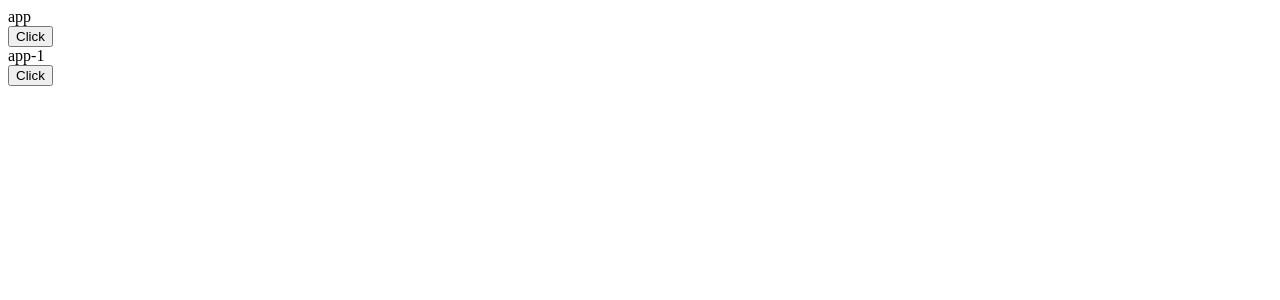
Repository: RyuGeunHwan/code_J
Page: Vuejs/22-08-10 vuejs Vue컴포넌트.html
An editor plug-in stored every save of this project. The page is shown before and after the next save, followed by the edit.
The browser window is 1280 px wide. The pictures show the whole page.

Above is the page before, as saved 2022-08-10 13:20:21.

After the next save:
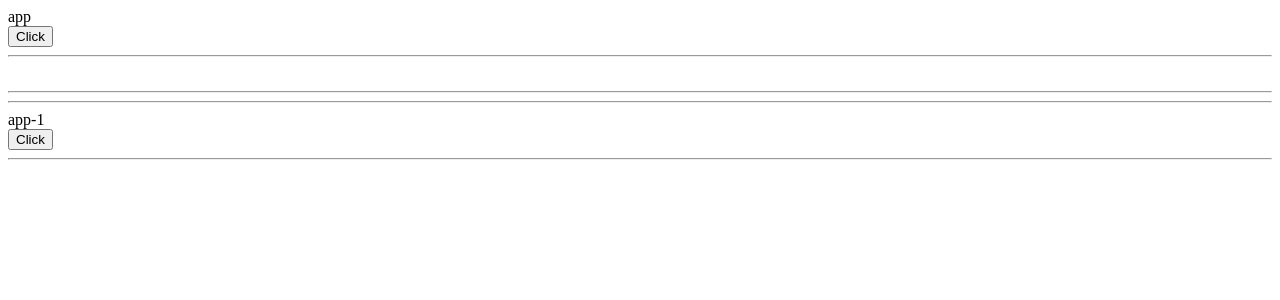
Saved 12 min 37 s later.
--- a/Vuejs/22-08-10 vuejs Vue컴포넌트.html
+++ b/Vuejs/22-08-10 vuejs Vue컴포넌트.html
@@ -12,22 +12,35 @@
         {{name}} <br>
         <!-- button을 누르게 되면 #app-1의 name인 app-1이 app updated로 바뀌게된다. Vue인스턴스를 변수에 넣어서 사용하였기 때문에. -->
         <button @click="changeText">Click</button>
+
+        <hr>
+
+        <kossie-button></kossie-button>
     </div>
+    <hr><hr>
     <div id="app-1">
         {{name}} <br>
         <button @click="changeText">Click</button>
+
+        <hr>
+
+        <kossie-button></kossie-button>
     </div>
     </div>
     <script>
-        //vue인스턴스가 생성되기전에 Vue.component생서
+        //vue인스턴스가 생성되기전에 Vue.component생성
+        // 완성된 component는 전역으로 등록이 된것이다.
         Vue.component('kossie-button',{
             //template안에는 html태그가 들어가게된다.
             template: `
             {{name}} <br>
             <button @click="changeText">Click</button>
             `,
-            data:{
-              name: 'app'
+            //컴포넌트 만들때 함수를 만들어서 Object를 return 해주면 된다.
+            data(){
+                return{
+                    name: 'app'
+                }
             },
             methods:{
                 changeText(){
